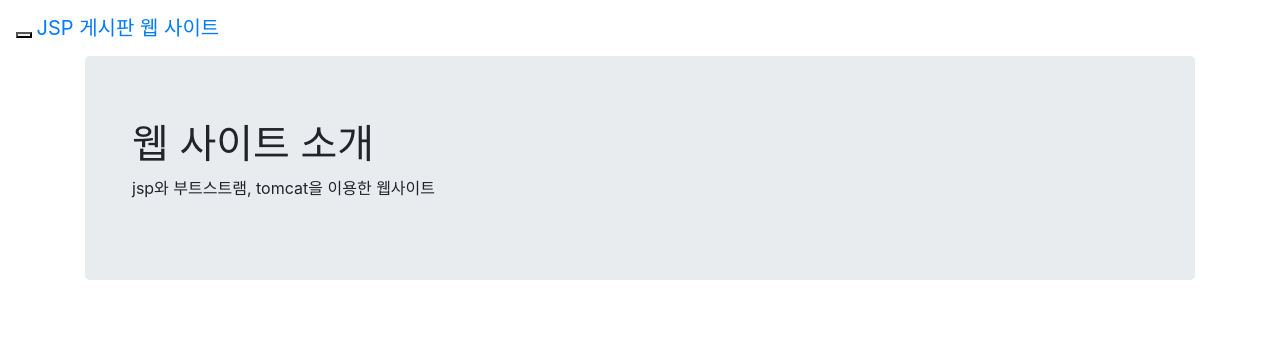
Repository: hz6450/2024-summer-jsp-notice-project
Page: http://localhost/BBS/main.jsp
The author's editor kept a copy of each file at every save. The page is drawn from the files as they stood at one save, then again after the next save.
The browser window is 1280 px wide. The pictures show the whole page.
Some web libraries are served in a nearby version. The page is served by Tomcat 10.

Above is the page before, as saved 2024-07-11 23:57:27.

After the next save:
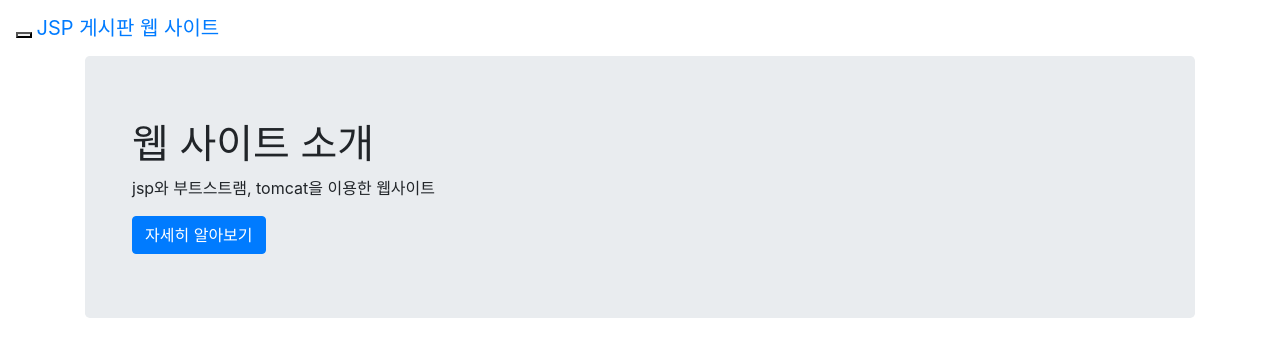
Saved 65 s later.
--- a/projects/BBS/src/main/webapp/main.jsp
+++ b/projects/BBS/src/main/webapp/main.jsp
@@ -67,6 +67,7 @@
 			<div class="container">
 			<h1>웹 사이트 소개</h1>
 			<p>jsp와 부트스트램, tomcat을 이용한 웹사이트</p>
+			<a class="btn btn-primary btn-pull" href="#" role="button">자세히 알아보기</a>
 			</div>
 		</div>
 	</div>
